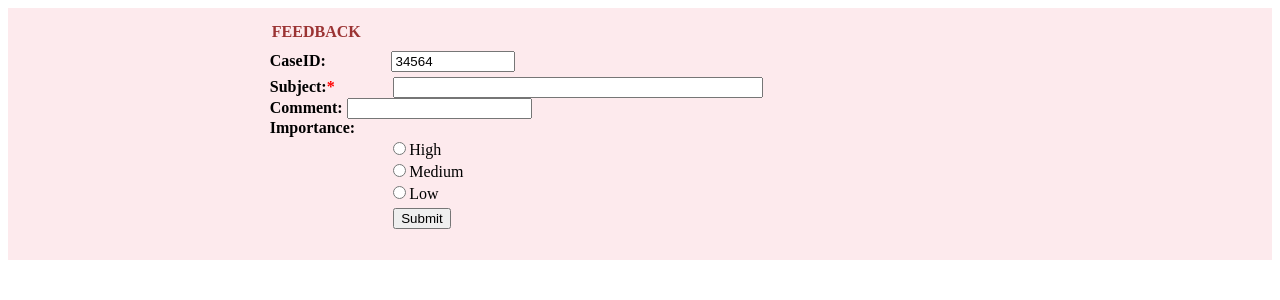
Repository: vRia4/INST728J-Victoria-Nathaniel
Page: Assignments/feedback.html
These files come from the project's save history. The page is drawn as it stood at one moment and after the next save; the edit follows.
The browser window is 1280 px wide. The pictures show the whole page.

Above is the page before, as saved 2023-07-25 11:46:25.

After the next save:
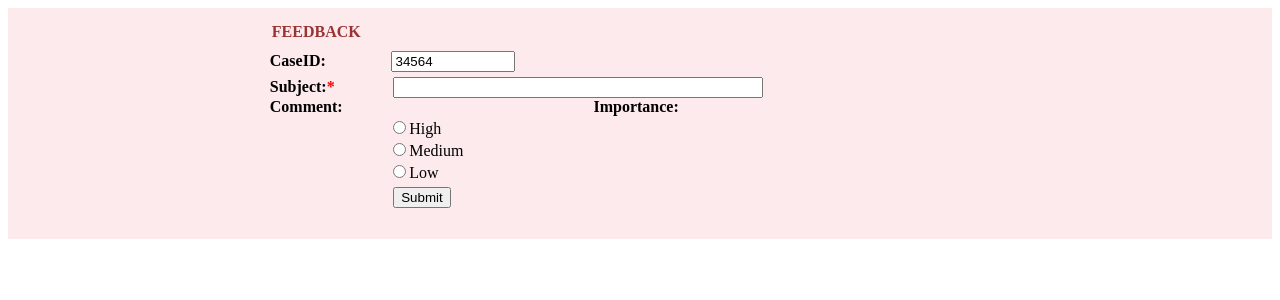
Saved 27 s later.
--- a/Assignments/feedback.html
+++ b/Assignments/feedback.html
@@ -62,7 +62,7 @@
 
             <!-- <div> -->
                 <label for="comment">Comment:</label>
-                <input textarea="comment" placeholder=" "> </br>
+                <!-- <input textarea="comment" placeholder=" "> </br>  -->
                 <!-- <textarea id="comment" name="comment" rows="10" cols="30"></textarea> </br> -->
             <!-- </div> -->
 
